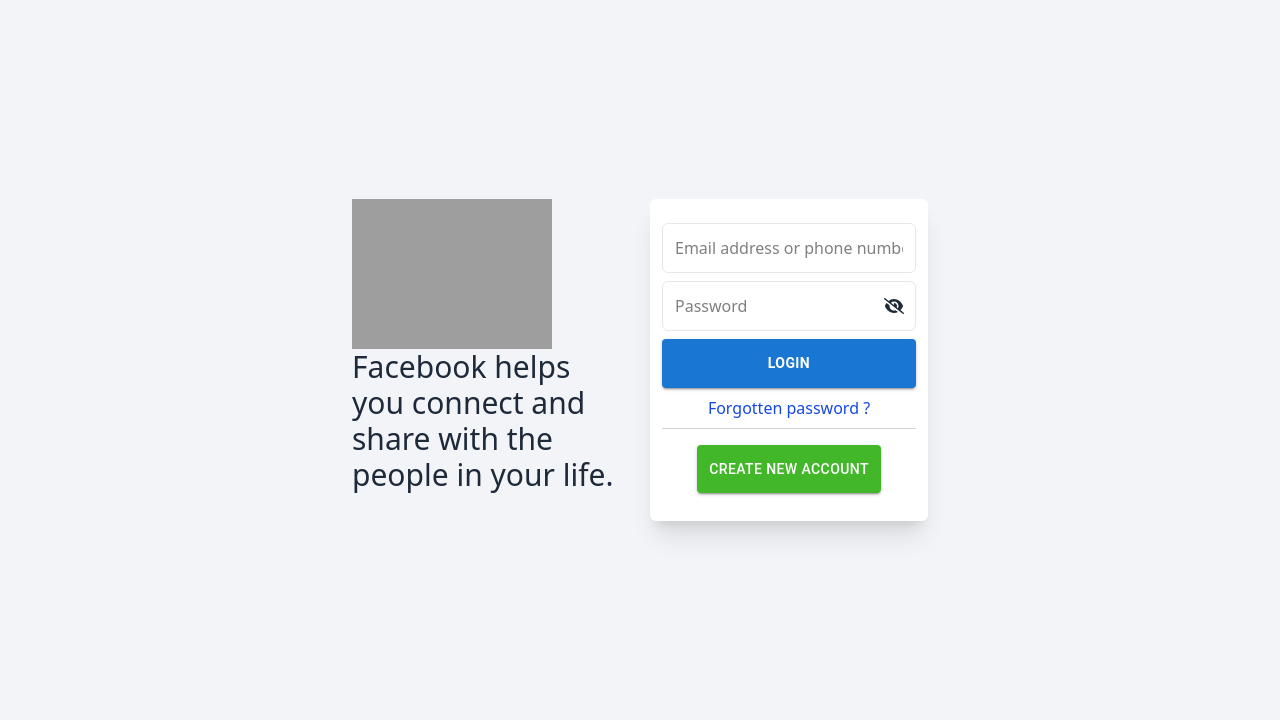
Repository: hsuntariq/fb_b18
Page: / (app in frontend/)
An editor plug-in stored every save of this project. The page is shown before and after the next save, followed by the edit.
The browser window is 1280 px wide. The pictures show the whole page.
Pictures or frames that could not be fetched are drawn as grey boxes. The page's requests for data from a server got no answer. Some web fonts or font styles are not loaded; a fallback is used. The project was rebuilt for these pictures with package versions that can differ from the ones it lists, and the page was loaded fresh each time. Some packages were replaced by stand-ins written for this rebuild. No one was signed in, and anything a server would have sent is missing. Also part of the build but not shown: frontend/vite.config.js, frontend/src/components/auth/RegisterForm.jsx, frontend/src/pages/auth/Register.jsx, frontend/src/components/home/rightside/data/data.jsx, frontend/src/components/home/rightside/Menu.jsx, frontend/src/components/home/AccountSettings.jsx, frontend/src/components/home/Navbar.jsx, frontend/src/components/home/data/sidebar_data.jsx and 32 more.

Above is the page before, as saved 2025-06-01 01:53:07.

After the next save:
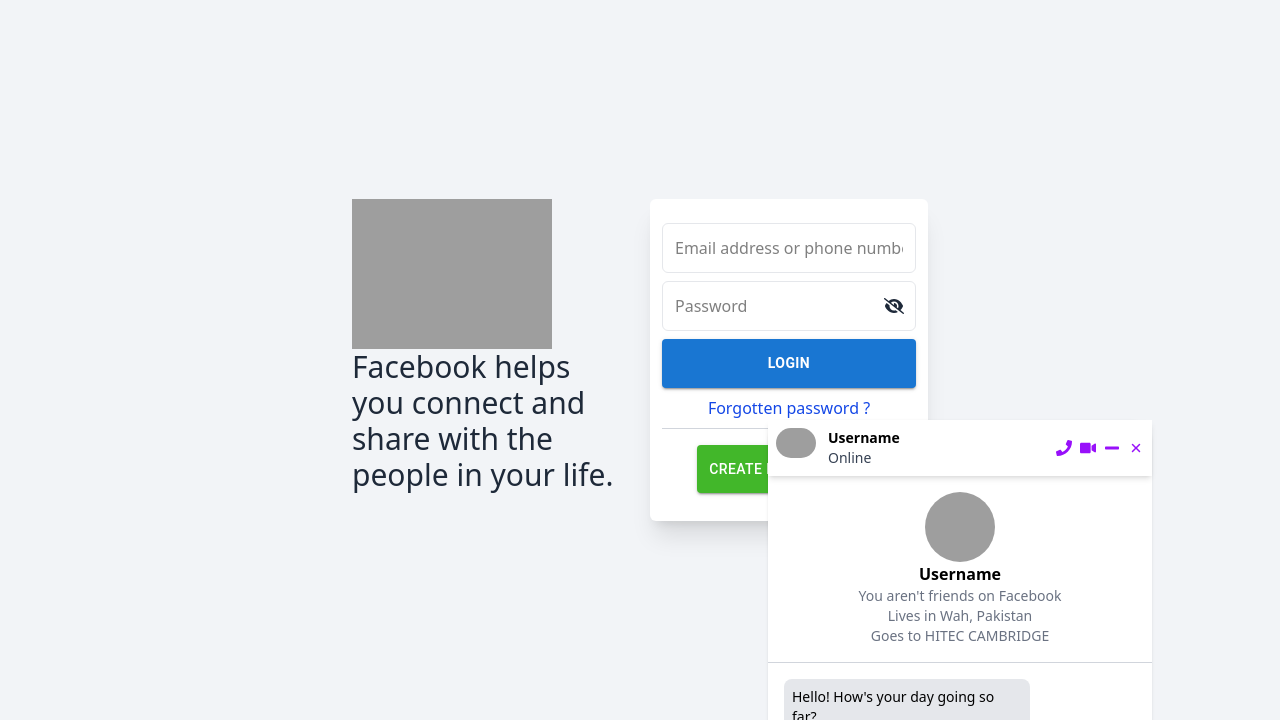
Saved 13 min 26 s later.
--- a/frontend/src/components/home/chat/ChatContainer.jsx
+++ b/frontend/src/components/home/chat/ChatContainer.jsx
@@ -37,7 +37,7 @@
   return (
     <>
       <div className="min-h-screen bg-transparent pointer-events-none z-10 w-full fixed top-0">
-        <div className="w-[70%] shadow fixed h-[00px] bottom-[-100px] right-[10%] md:w-[40%] lg:w-[30%] xl:w-[30%] rounded-t-[20px] bg-white">
+        <div className="w-[70%] shadow fixed h-[400px] bottom-[-100px] right-[10%] md:w-[40%] lg:w-[30%] xl:w-[30%] rounded-t-[20px] bg-white">
           <div className="bg-white">
             <div className="flex items-center shadow-md p-2 justify-between">
               <div className="flex gap-3">
